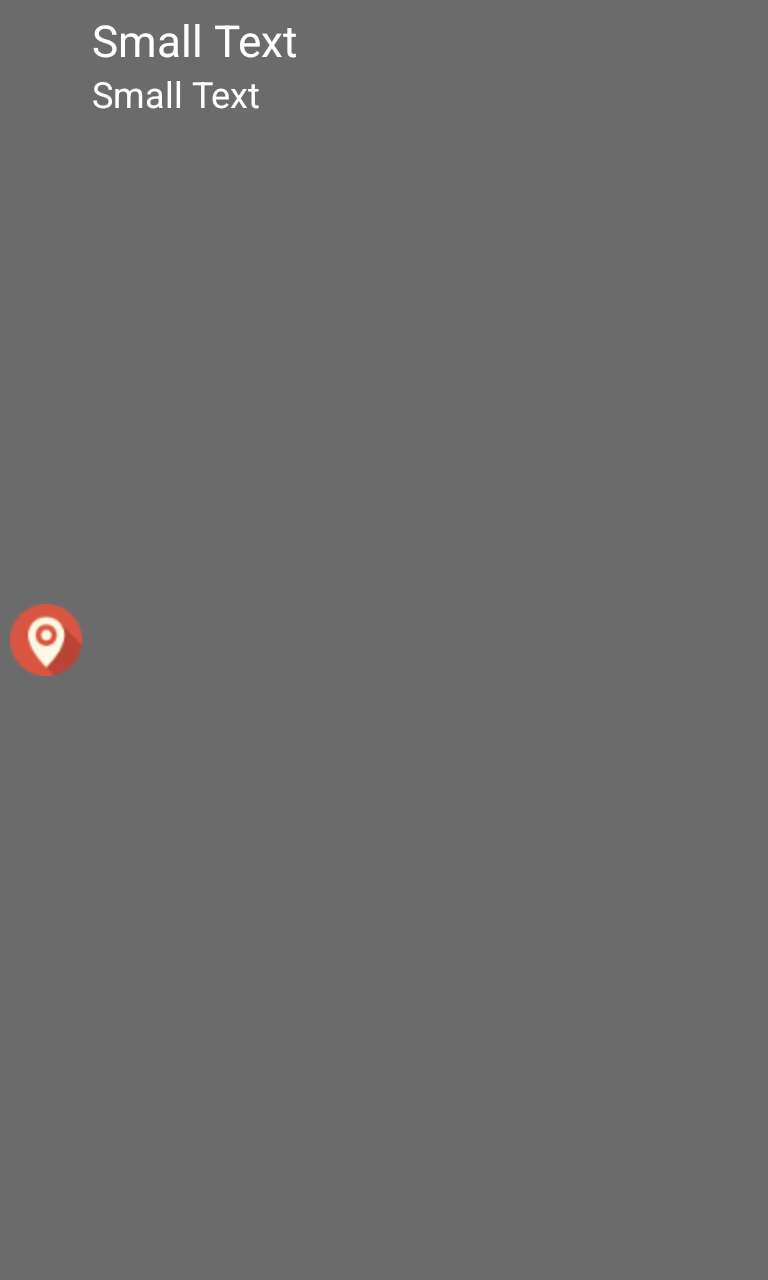
Repository: cooliopas/MyBus
Layout: MyBusAndroid/res/layout/list_location_row.xml
The author's editor kept a copy of each file at every save. The layout is drawn from the files as they stood at one save, then again after the next save.
It is drawn on a 768 x 1280 px phone screen (xhdpi) without system bars, with theme AppTheme; the app's code is not run. The app's manifest (not shown) leaves right-to-left support off. So textAlignment, textDirection and layoutDirection are ignored, and left and right values win over start and end ones.

Above is the layout before, as saved 2014-08-31 23:51:39.

After the next save:
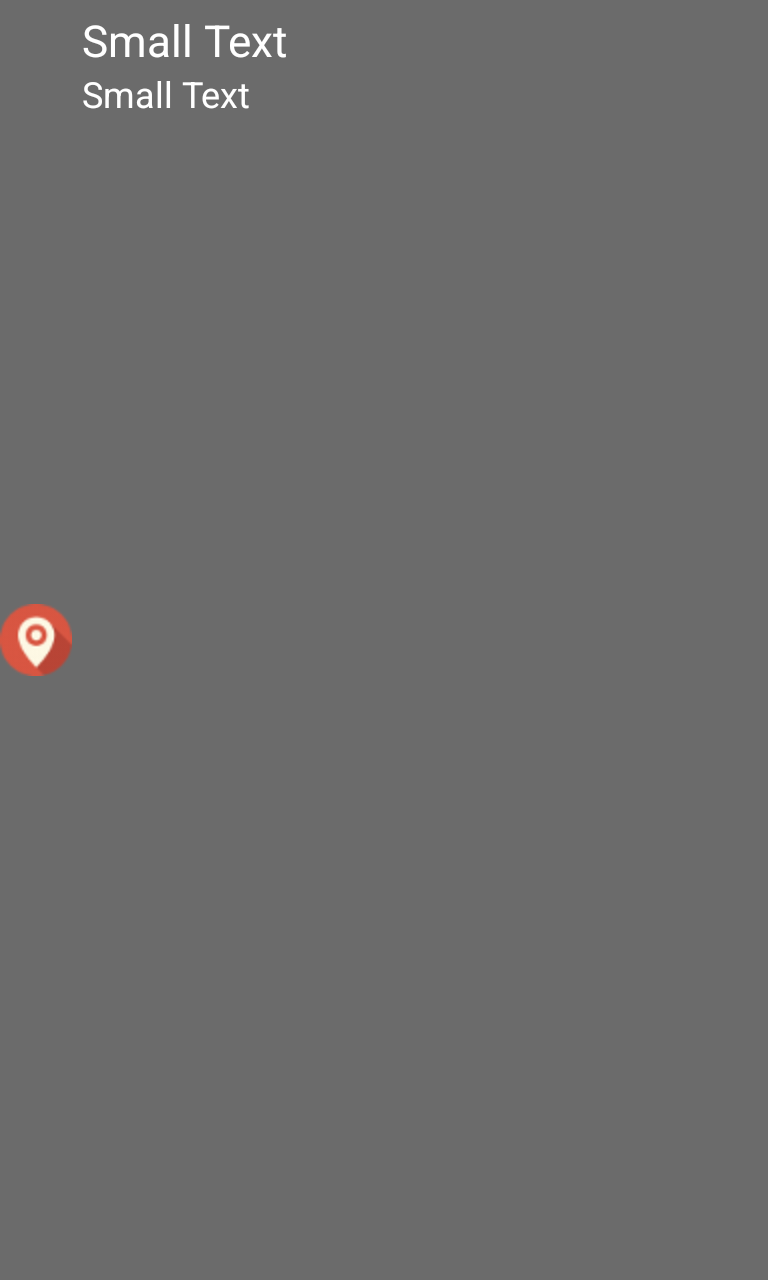
Saved 37 s later.
--- a/MyBusAndroid/res/layout/list_location_row.xml
+++ b/MyBusAndroid/res/layout/list_location_row.xml
@@ -5,7 +5,8 @@
     style="@style/listRow"
     android:layout_width="match_parent"
     android:orientation="horizontal"
-    android:background="#6b6b6b">
+    android:background="#6b6b6b"
+    android:layout_marginLeft="@dimen/row_padding">
 
     <LinearLayout
         android:layout_width="wrap_content"
@@ -16,7 +17,7 @@
             android:id="@+id/imgBus"
             android:layout_width="wrap_content"
             android:layout_height="wrap_content"
-            android:paddingStart="@dimen/row_padding"
+
             android:src="@drawable/pin_icon"
             tools:ignore="ContentDescription" />
     </LinearLayout>

After the save that followed:
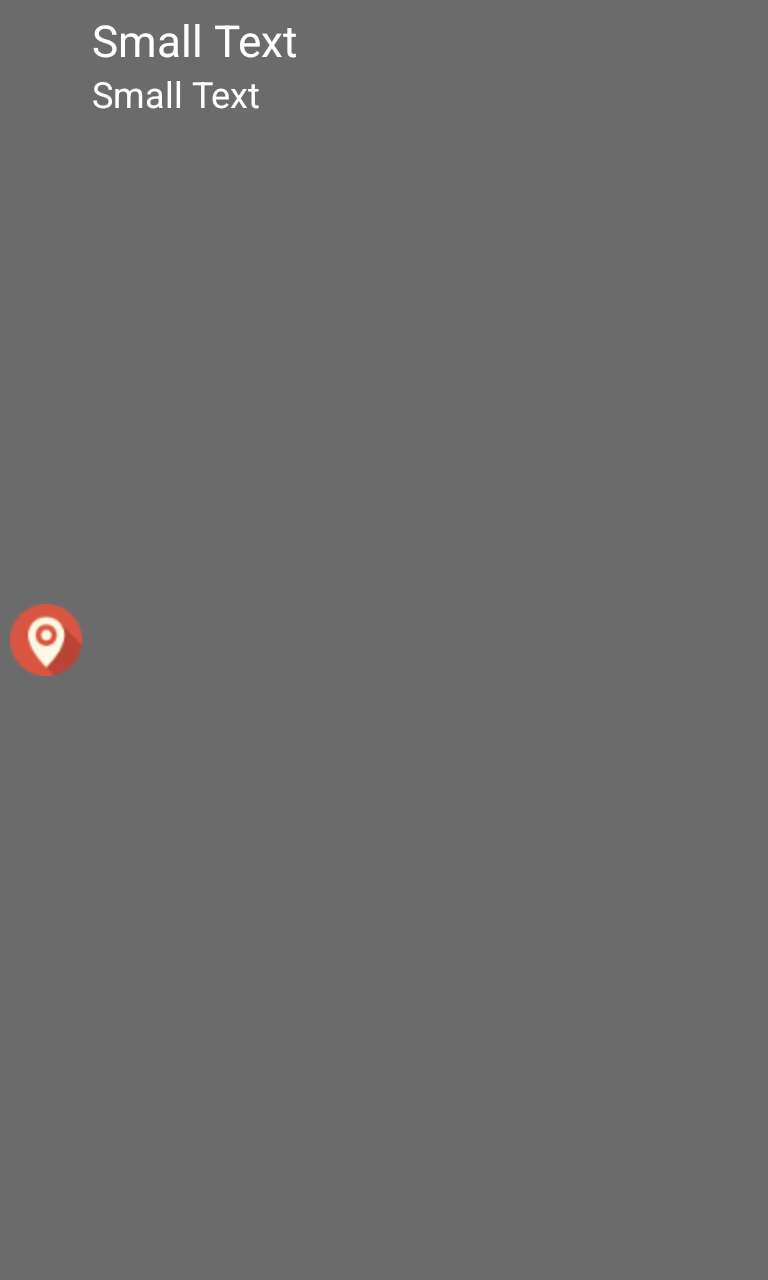
Saved 12 s later.
--- a/MyBusAndroid/res/layout/list_location_row.xml
+++ b/MyBusAndroid/res/layout/list_location_row.xml
@@ -5,8 +5,7 @@
     style="@style/listRow"
     android:layout_width="match_parent"
     android:orientation="horizontal"
-    android:background="#6b6b6b"
-    android:layout_marginLeft="@dimen/row_padding">
+    android:background="#6b6b6b">
 
     <LinearLayout
         android:layout_width="wrap_content"
@@ -17,7 +16,7 @@
             android:id="@+id/imgBus"
             android:layout_width="wrap_content"
             android:layout_height="wrap_content"
-
+            android:paddingStart="@dimen/row_padding"
             android:src="@drawable/pin_icon"
             tools:ignore="ContentDescription" />
     </LinearLayout>
